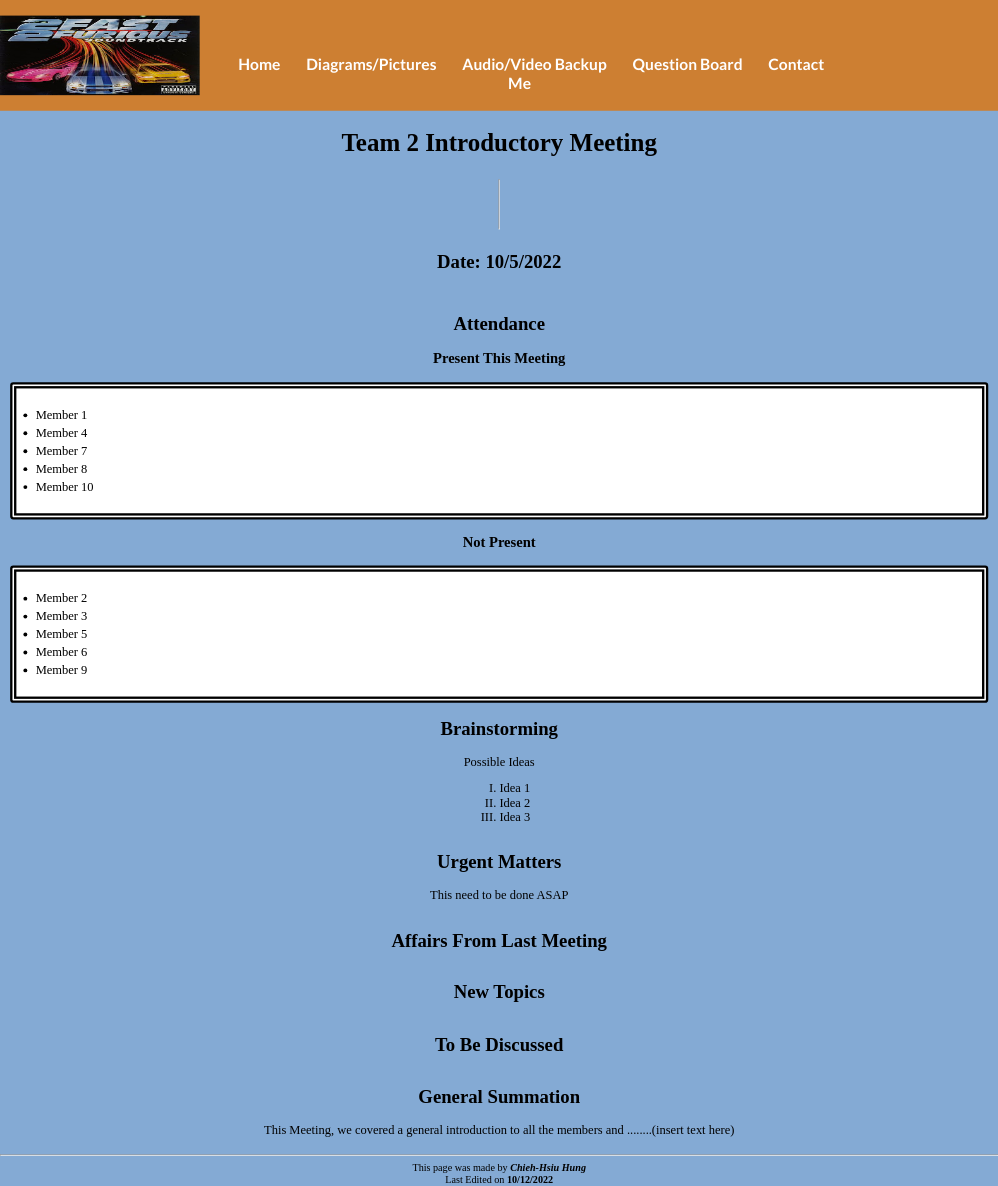
Repository: Chieh0501/fa22-cse110-lab3
Page: index.html
An editor plug-in stored every save of this project. The page is shown before and after the next save, followed by the edit.
The browser window is 1280 px wide. The pictures show the whole page, at 78% of full size.

Above is the page before, as saved 2022-10-12 13:08:51.

### index.html
<!DOCTYPE html>
<html lang="en">

<head>
	<meta charset="utf-8" />
	<meta name="description" content="Team 2 Meeting Notes" />
	<meta name="keywords" content="HTML, CSS, JavaScript" />
	<meta name="author" content="Chieh-Hsiu Hung" />
	<meta name="viewport" content="width=device-width, initial-scale=1.0" />
	<title>Team 2 Meeting Notes</title>
	<link href="images/favicons/favicon.ico" rel="icon" />
	<link href="styles/main.css" rel="stylesheet" />
	<!-- <script>
		window.addEventListener('load', function () {
			let time = window.performance.timing,
				complete = time.domComplete - time.domLoading;
			document.getElementById('page-load-info').innerHTML = `<strong>Page Loaded in ${parseInt(complete)}ms
			 on ${new Date().toLocaleString("en-US")}</strong>`;
		});
	</script> -->

</head>

<body>
	<header>
		<img src="images/logo.png" alt="Demo Team Logo" class="logo" id="logo">
		<nav class="navBar">
			<a href="index.html">Home</a>
			<a href="images.html">Diagrams/Pictures</a>
			<a href="multimedia.html">Audio/Video Backup</a>
			<a href="questions.html">Question Board</a>
			<a href="contacts.html">Contact Me</a>
		</nav>
	</header>

	<main>
		<h1 id="top">Team 2 Introductory Meeting</h1>
		<hr />
		<h2 id="date">Date: 10/5/2022</h2>
		<section id="attendance">
			<h2>Attendance</h2>
			<!-- <form>
				Add Checkbox state with JS later
				<input type="checkbox" id="member1" name="member1" value="chung">
				<label for="vehicle1"> Chieh-Hsiu Hung</label><br>
				<input type="checkbox" id="member2" name="member2" value="avalliani">
				<label for="vehicle1"> Amaar Valliani</label><br>
				<input type="checkbox" id="member3" name="member3" value="ajia">
				<label for="vehicle1"> Andrew Jia</label><br>
				<input type="checkbox" id="member4" name="member4" value="ivarela">
				<label for="vehicle1"> Issac Varela</label><br>
				<input type="checkbox" id="member5" name="member5" value="lnguyen">
				<label for="vehicle1"> Liam Nguyen</label><br>
				<input type="checkbox" id="member6" name="member6" value="nrao">
				<label for="vehicle1"> Nikhil Rao</label><br>
				<input type="checkbox" id="member7" name="member7" value="sdadhwal">
				<label for="vehicle1"> Sahil Dadhwal</label><br>
				<input type="checkbox" id="member8" name="member8" value="tkoon">
				<label for="vehicle1"> Thomas Koon</label><br>
				<input type="checkbox" id="member9" name="member9" value="ycao">
				<label for="vehicle1"> Yingqi Cao</label><br>
				<input type="checkbox" id="member10" name="member10" value="yxu">
				<label for="vehicle1"> YunXiao Xu</label><br>
				<input type="submit" value="Submit">
			  </form> -->
			  <h3>Present This Meeting</h3>
			  <ul>
				<li>Member 1</li>
				<li>Member 4</li>
				<li>Member 7</li>
				<li>Member 8</li>
				<li>Member 10</li>
			  </ul>
			  <h3>Not Present</h3>
			  <ul>
				<li>Member 2</li>
				<li>Member 3</li>
				<li>Member 5</li>
				<li>Member 6</li>
				<li>Member 9</li>
			  </ul>
		</section>
		<section>
			<h2>Brainstorming</h2>
			<div>Possible Ideas</div>
			<ol>
				<li>Idea 1</li>
				<li>Idea 2</li>
				<li>Idea 3</li>
			  </ol>
		</section>
		<section>
			<h2>Urgent Matters</h2>
			<p id="urgent"><span>This need to be done ASAP</span></p>
		</section>
		<section>
			<h2>Affairs From Last Meeting</h2>
		</section>
		<section>
			<h2>New Topics</h2>
		</section>
		<section>
			<h2>To Be Discussed</h2>
		</section>
		<section>
			<h2>General Summation</h2>
			<p>This Meeting, we covered a general introduction to all the members and ........(insert text here)</p>
		</section>
	</main>

	<footer>
		<hr />
		<div>This page was made by <i><b>Chieh-Hsiu Hung</b></i></div>
		<aside>Last Edited on <strong>10/12/2022</strong></aside>
	</footer>
</body>

</html>

### styles/main.css
/* main.css */

html,

:root {
  --vw-lg: 1920px;
  --vw-md: 1366px;
  --vw-sm: 600px;
  --primary-color: #84aad4;
  --secondary-color: white;
  --accent-color-1: #CD7F32;
  --accent-color-2: #969696;
  --accent-color-3: hsl(150deg 30% 60%);
}

body {
  background-color: var(--primary-color);
  display: block;
  margin: 0;
  padding: 0;
}
@font-face {
  font-family: "Lato";
  font-style: normal;
  font-weight: 400;
  src: url("../fonts/Lato/Lato-Regular.ttf") format("truetype");
}
@font-face {
  font-family: "Lato";
  font-weight: bold;
  font-weight: 400;
  src: url("../fonts/Lato/Lato-Bold.ttf") format("truetype");
}
@font-face {
  font-family: "Lato";
  font-style: italic;
  font-weight: 400;
  src: url("../fonts/Lato/Lato-Italic.ttf") format("truetype");
}
.grid main{
  display: grid;
}

/****** header ******/

header {
  display:grid;
  grid-template-columns: repeat(6, 1fr);
  gap: 1rem;
  background-color: var(--secondary-color);
  text-align: center;
  padding: 20px 0;
  font-family: "Lato", bold;
  background: var(--accent-color-1);
}

#logo {
  float: left;
  height: 3vw;
}
/******* NavBar *******/
.navBar {
  grid-column: 2 / span 4;
  position: relative;
  overflow: hidden;
  margin-top: 50px;
}
.navBar > a{
  float: none;
  color: #ffffff;
  text-align: center;
  padding: 15px 15px;
  text-decoration: none;
  font-size: 20px;
}
.navBar a:hover{
  text-decoration: underline;
}
.navBar a:visited{
  color: #000000;
}

header hr {
  width: 30%;
}

/****** hamburger menu ****/

#hamburger{
  display: block;
  grid-column: 6;
  position: relative;
  z-index: 1;
  user-select: none;
}
#hamburger a{
  color: var(--primary-color);
  text-decoration: none;
  font-weight: bold;
}
#hamburger a:hover{
  color: var(--accent-color-1);
}

#hamburger input{
  display: block;
  width: 40px;
  height: 32px;
  position:absolute;
  cursor: pointer;
  opacity: 0;
  z-index: 2;
}

#hamburger span{
  display: block;
  width: 33px;
  height: 4px;
  margin-bottom: 5px;
  grid-column: 6;
  left: 125px;
  background: var(--accent-color-2);
  border-radius: 4px;

  z-index: 1;

  transform-origin: 29px 0px;

  transition: transform 0.5s cubic-bezier(0.77,0.2,0.05,1.0), opacity 0.55s ease;
}

#hamburger span:first-child{
  transform-origin: 0% 0%;
}
#hamburger span:nth-last-child(1){
  transform-origin: 0% 100%;
}
#hamburger input:checked ~ span
{
  opacity: 1;
  transform: rotate(-45deg) translate(3px, -1px);
}
#hamburger input:checked ~ span:nth-last-child(3)
{
  opacity: 0;
  transform: scale(0.1, 0.1);
}
#hamburger input:checked ~ span:nth-last-child(2)
{
  opacity: 1;
  transform: rotate(45deg) translate(1px, -2px);
}
#menu
{
  display:none;
  list-style-type: none;
  float:right;
  background: url(../images/catalina.jpg) no-repeat center center fixed;
  background-size: cover;
  transform-origin: 0% 0%;
  transform: translate(100%, 0);
  z-index: 3;
  transition: transform 0.5s cubic-bezier(0.77,0.2,0.05,1.0);
}
#menu li
{
  padding: 10px 0;
  font-size: 22px;
}

#hamburger input:checked ~ ul
{
  display:block;
  transform: none;
}
#hamburger{
  display:none;
}
#menu{
  display:none;
}
#hamburger input{
  display:none;
}

ol { list-style: upper-roman; display: inline-block;}
/****** main content ******/

main {
  display:grid;
  margin-left: 1vw;
  margin-right: 1vw;
  grid-template-columns: repeat(6, 1fr);
  grid-template-rows: repeat(6, 1fr);
  text-align: center;
}

ul {
  background-color: white;
  border: 8px double black;
  border-radius: 4px;
  margin: 0 auto;
  padding: 20px;
  text-align: left;
}

ul li {
  margin: 5px;
}

.short_title{
  display:none;
}
.title {
  float:initial;
  grid-row: 2 / span 3;
  grid-column: 2 / span 4;
  z-index: 1;
  font-size: 6vw;
}
.contactform{
  position: relative;
  grid-row: 2 / span 6;
  background-color: var(--secondary-color);
  margin-left: 2vw;
  grid-column: 1 / span 2;
  height: auto;
}
.contactform label{
  position: relative;
  font-weight: bold;
}
.contactform input[type = text], select, textarea{
  width: 100%;
  padding: 6px;
  grid-column: 1 / span 6;
  border: 1px solid var(--accent-color-1);
  border-radius: 6px;
  resize: vertical;
}
/***** Miscellaneous *****/
main.main2{
  display:grid;
  margin-left: 1vw;
  margin-right: 1vw;
  grid-template-columns: repeat(4, 1fr);
  grid-template-rows: repeat(2, 1fr);
  text-align: center;
}
.title2{
  height: 1vw;
  grid-row: 1;
  grid-column: 2 / span 2;
}
#contact_frame{
  align-self: center;
  width: 100%;
  margin-left: 1vw;
  grid-row: 1 / span 2;
  grid-column: 3;
}
#clock{
  grid-row: 1;
  grid-column: 1;
}
#randomPic{
  align-self: start;
  grid-row: 2;
  grid-column: 1;
}
#courses_taken{
  grid-row: 2;
  grid-column: 2;
}
#resume{
  grid-row:1;
  grid-column: 1;
}
.courses{
  grid-row:3;
  grid-column: 2;
}
.skill_table{
  grid-row: 3;
  grid-column: 3;
}
section#quad_project{
  width: auto;
  grid-row: 2;
  grid-column: 1 / span 2;
}
section#bit_project{
  grid-row: 3;
  grid-column: 1 / span 4;
}
section#booths_project{
  grid-row: 4 / span 3;
  grid-column: 1 / span 4;
}
h1.project{
  align-self: center;
  grid-row: 1;
  grid-column: 2 / span 4;
  font-size: 8vw;
}

/******* about main ******/
main#about_main{
  display:grid;
  margin-left: 1vw;
  margin-right: 1vw;
  grid-template-columns: repeat(5, 1fr);
  grid-template-rows: repeat(3, 1fr);
  text-align: center;
}
/* section#diving{
  grid-row: 1;
  grid-column: 1;
}
section#sailing{
  grid-row: 2;
  grid-column: 1;
}
section#snowboarding{
  grid-row: 2;
  grid-column: 2;
}
section#songs{
  grid-row:1;
  grid-column: 2;
} */
/***** Button *******/
.button{
  display: inline-block;
  width: fit-content;
  height: fit-content;
  padding: 1vw 2vw;
  text-align: center;
  text-decoration: none;
  color: var(--primary-color);
  background-color: var(--accent-color-1);
  border-radius: 8px;
  outline: none;
}
.button:hover{
  text-decoration: underline;
  color:azure;
  background-color: #969696;
}
#Contact_Button{
  grid-row: 5;
  grid-column: 3;
}
#download_resume{
  grid-row: 5;
  grid-column: 4;
}

/****** Slideshow ******/
.slideshow-container {
  grid-row: 1 / span 2;
  grid-column: 1 / span 5;
  margin: 1vw 1vw;
  align-self: center;
  align-content:initial;
}
.left, .right {
  grid-row: 3;
  grid-column: 1;
  cursor: pointer;
  height: auto;
  width: auto;
  color: white;
  font-weight: bold;
  font-size: 18px;
  transition: 0.6s ease;
  border-radius: 0 3px 3px 0;
  user-select: none;
}
.right {
  grid-column: 4;
  border-radius: 3px 0 0 3px;
}
.left:hover, .right:hover {
  background-color: rgba(0,0,0,0.8);
}
.dot {
  cursor: pointer;
  height: 15px;
  width: 15px;
  margin: 0 2px;
  background-color: #bbb;
  border-radius: 50%;
  display: inline-block;
  transition: background-color 0.6s ease;
}
.active, .dot:hover {
  background-color: #717171;
}
.fade {
  animation-name: fade;
  animation-duration: 1.5s;
}
.numbertext {
  color: #f2f2f2;
  font-size: 12px;
  padding: 8px 12px;
  position: absolute;
  top: 0;
}
.mySlides {
  width: 30vw;
}
@keyframes fade {
  from {opacity: .4}
  to {opacity: 1}
}
main#method_test{
  display: grid;
  grid-template-rows: 1fr;
  grid-template-columns: repeat(4, 1fr);
}
#methodForm{
  grid-row: 1;
  grid-column: 1;
}
#response{
  white-space: nowrap;
  overflow-wrap: normal;
  margin: 1vw 1vw;
  grid-row: 1;
  grid-column: 2 / span 3;
}
@media screen and (max-width: 800px){
  #index_main{
    display:grid;
    margin-left: 1vw;
    margin-right: 1vw;
    grid-template-columns: repeat(6, 1fr);
    grid-template-rows: repeat(6, 1fr);
    text-align: center;
  }
  main.main2{
    display:grid;
    margin-left: 1vw;
    margin-right: 1vw;
    grid-template-columns: 1fr;
    grid-template-rows: repeat(4, 1fr);
    text-align: center;
  }
  #contact_frame{
    width: 100%;
    margin-left: 1vw;
    grid-column: 1;
    grid-row: 3;
  }
  .navBar a{
    float: none;
    display: none;
  }

  .title{
    display:none;
  }
  .short_title{
    display: block;
    grid-row: 1 / span 3;
    grid-column: 2 / span 4;
    font-size: 6vw;
  }
  img{
    width: 80vw;
  }
  #hamburger{
    display: block;
  }
  #hamburger input{
    display: block;
  }
  .contactform{
    grid-column: 1;
  }
  #notice{
    display: none;
  }
  .button{
    width: 60vw;
    height: 20vw;
  }
  #Contact_Button{
    grid-row: 3 / span 2;
    grid-column: 2 / span 6;
  }
  #download_resume{
    grid-row: 6 / span 2;
    grid-column: 2 / span 6;
  }
  img#logo {
    width: 40vw;
    height: 16vw;
  }
}
@media screen and (max-width: 1366px) {
  main{
    display:grid;
    margin-left: 1vw;
    margin-right: 1vw;
    grid-template-columns: 1fr;
    grid-template-rows: repeat(3, 1fr);
    text-align: center;
  }
  #index_main{
    display:grid;
    margin-left: 1vw;
    margin-right: 1vw;
    grid-template-columns: repeat(6, 1fr);
    grid-template-rows: repeat(6, 1fr);
    text-align: center;
  }
  .title{
    display:none;
  }
  .short_title{
    display: block;
    grid-row: 1 / span 3;
    grid-column: 2 / span 4;
    font-size: 6vw;
  }
  main.main2{
    display:grid;
    margin-left: 1vw;
    margin-right: 1vw;
    grid-template-columns: repeat(2, 1fr);
    grid-template-rows: repeat(2, 1fr);
    text-align: center;
  }
  main.about_main{
    display:grid;
    margin-left: 1vw;
    margin-right: 1vw;
    grid-template-columns: 1fr;
    grid-template-rows: repeat(4, 1fr);
    text-align: center;
  }
  section#diving{
    grid-row: 1;
    grid-column: 1;
  }
  section#sailing{
    grid-row: 2;
    grid-column: 1;
  }
  video{
    width: 80vw;
  }
  img{
    width: 80vw;
  }
  section#snowboarding{
    grid-row: 3;
    grid-column: 1;
  }
  section#songs{
    grid-row:4;
    grid-column: 1;
  }
  .contactform{
    grid-column: 1/ span 6;
  }
  #notice{
    display: none;
    font-variant:small-caps;
  }
  #contact_frame{
    margin-left: 1vw;
    grid-column: 1;
    grid-row: 3;
  }
  .title2{
    width: 30vw;
    grid-column: 2;
    grid-row: 1 / span 2;
  }
  #clock{
    grid-column: 1;
    grid-row: 1;
  }
  h1.project{
    align-self: center;
    grid-row: 1;
    grid-column: 1;
  }
  img#logo {
    width: 20vw;
    height: 8vw;
  }
}
/* a:link { color: #3366BB; }
a:visited { color: #663366 }
a:visited:hover { color: #0b0080; }
a:hover { color: gray; }
a:active { background-color: yellow; border: 4px solid red;} */


/****** footer ******/
footer {
  font-size: small;
  text-align: center;
}

After the next save:
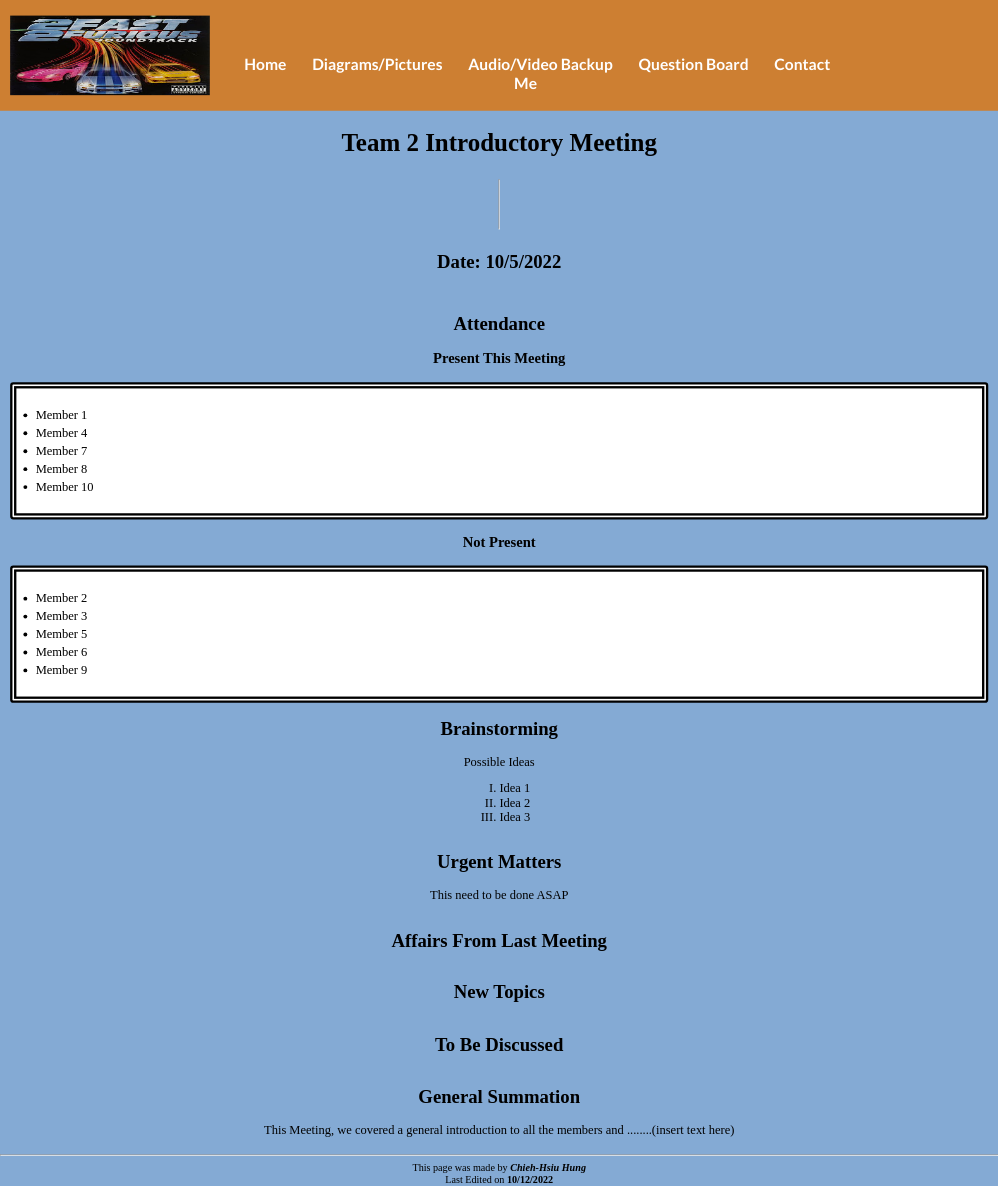
Saved 38 s later.
--- a/styles/main.css
+++ b/styles/main.css
@@ -55,6 +55,7 @@
 }
 
 #logo {
+  margin-left: 1vw;
   float: left;
   height: 3vw;
 }
